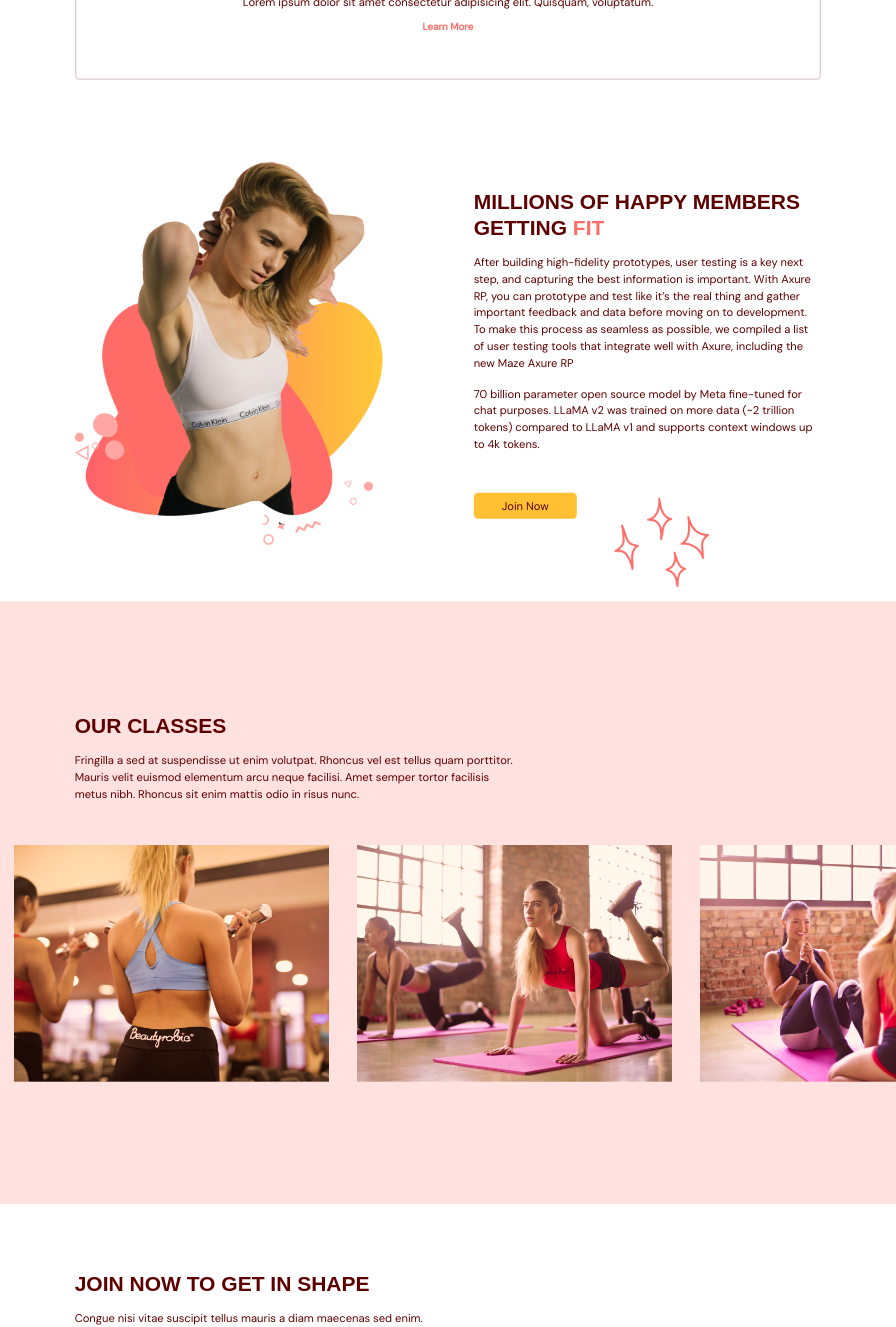
Repository: YUKIKAZE-nanoda/gym-typescript
Page: /
These files come from the project's save history. The page is drawn as it stood at one moment and after a run of saves; the edit follows.
The browser window is 1280 px wide. The pictures show the part of the page from y = 1790 to 3710 px (the page is 3686 px tall before and 3710 px after), at 70% of full size.
The project was rebuilt for these pictures with package versions that can differ from the ones it lists, and the page was loaded fresh each time. Also part of the build but not shown: vite.config.ts.

Above is the page before, as saved 2023-08-03 20:34:10.

### src/App.tsx
import Navbar from "@/scenes/navbar";
import { useEffect, useState } from "react";
import { SelectedPage } from "@/shared/types";
import Home from "@/scenes/home";
import Benefits from "@/scenes/benefits";
import OurClasses from "@/scenes/ourClasses";
import ContactUs from "@/scenes/contactUs";

function App() {
  const [selectedPage, setSelectedPage] = useState<SelectedPage>(
    SelectedPage.Home
  );
  const [isTopOfPage, setIsTopOfPage] = useState<boolean>(true);

  useEffect(() => {
    const handleScroll = () => {
      if (window.scrollY === 0) {
        setIsTopOfPage(true);
        setSelectedPage(SelectedPage.Home);
      }
      if (window.scrollY !== 0) setIsTopOfPage(false);
    };
    window.addEventListener("scroll", handleScroll);
    return () => window.removeEventListener("scroll", handleScroll);
  }, []);

  return (
    <div className="app bg-gray-20">
      <Navbar
        isTopOfPage={isTopOfPage}
        selectedPage={selectedPage}
        setSelectedPage={setSelectedPage}
      />
      <Home setSelectedPage={setSelectedPage} />
      <Benefits setSelectedPage={setSelectedPage} />
      <OurClasses setSelectedPage={setSelectedPage} />
      <ContactUs setSelectedPage={setSelectedPage} />

    </div>
  );
}

export default App;

### src/index.css
@import url('https://fonts.googleapis.com/css2?family=DM+Sans:wight@400;500;700&display=swap');

@tailwind base;
@tailwind components;
@tailwind utilities;

html,
body,
#root,
.app{
  height: 100%;
  width: 100%;
  font-family: "DM Sans", sans-serif;
  @apply text-gray-500;
}

### src/scenes/navbar/index.tsx
import { useState } from "react";

import { Bars3Icon, XMarkIcon } from "@heroicons/react/24/solid";
import Logo from "@/assets/Logo.png";
import Link from "./Link";
import { SelectedPage } from "@/shared/types";
import useMediaQuery from "@/hooks/useMediaQuery";
import ActionButton from "@/shared/ActionButton";
type Props = {
    isTopOfPage: boolean;
    selectedPage: SelectedPage;
    setSelectedPage: (value: SelectedPage) => void;
};

const Navbar = ({ isTopOfPage,selectedPage, setSelectedPage }: Props) => {
    const flexBetween = "flex items-center justify-between";
    const isAboveMediumScreens = useMediaQuery("(min-width:1060px)");
    const [isMenuToggle, setIsMenuToggle] = useState<boolean>(false);
    const navbarBackground = isTopOfPage ? "bg-transparent" : "bg-primary-100 drop of shadow-xl";
    return <nav>
        <div
            className={`${navbarBackground} ${flexBetween} fixed top-0 z-30 w-full py-6`}
        >
            <div className={`${flexBetween} mx-auto w-5/6`}>
                <div className={`${flexBetween} w-full gap-16`}>
                    {/* LEFT SIDE */}
                    <img alt="logo" src={Logo} />

                    {/* RIGHT SIDE */}
                    {isAboveMediumScreens ? (
                        <div className={`${flexBetween} w-full`}>
                            <div className={`${flexBetween} gap-8 text-sm`}>
                                <Link
                                    page="Home"
                                    selectedPage={selectedPage}
                                    setSelectedPage={setSelectedPage}
                                />
                                <Link
                                    page="Benefits"
                                    selectedPage={selectedPage}
                                    setSelectedPage={setSelectedPage}
                                />
                                <Link
                                    page="Our Classes"
                                    selectedPage={selectedPage}
                                    setSelectedPage={setSelectedPage}
                                />
                                <Link
                                    page="Contact Us"
                                    selectedPage={selectedPage}
                                    setSelectedPage={setSelectedPage}
                                />
                            </div>
                            <div className={`${flexBetween} gap-8`}>
                                <p>Sign In</p>
                                <ActionButton setSelectedPage={setSelectedPage}>
                                    Become A Menber
                                </ActionButton>

                            </div>
                        </div>
                    ) : (
                        <button
                            className="rounded-full bg-secondary-500 p-2"
                            onClick={() => setIsMenuToggle(!isMenuToggle)}

                        >
                            <Bars3Icon className="h-6 w-6 text-white" />
                        </button>
                    )}
                </div>
            </div>
        </div>
        {/* mobile menu modal */}
        {!isAboveMediumScreens && isMenuToggle && (
            <div className="fixed right-0 bottom-0 z-40 h-full w-[300px] bg-primary-100 drop-shadow-xl">
                {/* close Icon */}
                <div className="flex justify-end p-4">
                    <button onClick={() => setIsMenuToggle(!isMenuToggle)}>
                        <XMarkIcon className="h-6 w-6 text-gray-400" />

                    </button>
                </div>
                <div className="ml-[33%] flex flex-col gap-10 text-2xl">
                    <Link
                        page="Home"
                        selectedPage={selectedPage}
                        setSelectedPage={setSelectedPage}
                    />
                    <Link
                        page="Benefits"
                        selectedPage={selectedPage}
                        setSelectedPage={setSelectedPage}
                    />
                    <Link
                        page="Our Classes"
                        selectedPage={selectedPage}
                        setSelectedPage={setSelectedPage}
                    />
                    <Link
                        page="Contact Us"
                        selectedPage={selectedPage}
                        setSelectedPage={setSelectedPage}
                    />
                </div>
            </div>
        )}
    </nav>

}

export default Navbar;

### src/shared/types.ts
export enum SelectedPage{
    Home='home',
    Benefits='benefits',
    OurClasses='ourClasses',
    ContactUS='contactUs',
}

export interface BenefitType{
    icon:JSX.Element;
    title:string;
    description:string;
}

export interface ClassType{
    name:string;
    description?:string;
    image:string;
}

### src/scenes/home/index.tsx
import useMediaQuery from "@/hooks/useMediaQuery";
import { SelectedPage } from "@/shared/types";
import ActionButton from "@/shared/ActionButton";
import HomePageText from "@/assets/HomePageText.png";
import HomePageGraphic from "@/assets/HomePageGraphic.png";
import SponsorRedBull from "@/assets/SponsorRedBull.png";
import SponsorForbes from "@/assets/SponsorForbes.png";
import SponsorFortune from "@/assets/SponsorFortune.png";
import AnchorLink from "react-anchor-link-smooth-scroll";
import { motion } from "framer-motion";

type Props = {
  setSelectedPage: (value: SelectedPage) => void;
};

const Home = ({ setSelectedPage }: Props) => {
  const isAboveMediumScreens = useMediaQuery("(min-width:1060px)");

  return (
    <section id="home" className="gap-16 bg-gray-20 py-10 md:h-full md:pb-0">
      {/* IMAGE AND MAIN HEADER */}
      <motion.div
        className="mx-auto w-5/6 items-center justify-center md:flex md:h-5/6"
        onViewportEnter={() => setSelectedPage(SelectedPage.Home)}
      >
        {/* MAIN HEADER */}
        <div className="z-10 mt-32 md:basis-3/5">
          {/* HEADINGS */}
          <motion.div
            className="md:-mt-20"
            initial="hidden"
            whileInView="visible"
            viewport={{ once: true, amount: 0.5 }}
            transition={{ duration: 0.5 }}
            variants={{
              hidden: { opacity: 0, x: -50 },
              visible: { opacity: 1, x: 0 },
            }}
          >
            <div className="relative">
              <div className="before:absolute before:-top-20 before:-left-20 before:z-[-1] md:before:content-evolvetext">
                <img alt="home-page-text" src={HomePageText} />
              </div>
            </div>

            <p className="mt-8 text-sm">
              Unrivaled Gym. Unparalleled Training Fitness Classes. World Class
              Studios to get the Body Shapes That you Dream of.. Get Your Dream
              Body Now.
            </p>
          </motion.div>

          {/* ACTIONS */}
          <motion.div
            className="mt-8 flex items-center gap-8"
            initial="hidden"
            whileInView="visible"
            viewport={{ once: true, amount: 0.5 }}
            transition={{ delay: 0.2, duration: 0.5 }}
            variants={{
              hidden: { opacity: 0, x: -50 },
              visible: { opacity: 1, x: 0 },
            }}
          >
            <ActionButton setSelectedPage={setSelectedPage}>
              Join Now
            </ActionButton>
            <AnchorLink
              className="text-sm font-bold text-primary-500 underline hover:text-secondary-500"

            >
              <p>Learn More</p>
            </AnchorLink>
          </motion.div>
        </div>

        {/* IMAGE */}
        <div
          className="flex basis-3/5 justify-center md:z-10
              md:ml-40 md:mt-16 md:justify-items-end"
        >
          <img alt="home-pageGraphic" src={HomePageGraphic} />
        </div>
      </motion.div>

      {/* SPONSORS */}
      {isAboveMediumScreens && (
        <div className="h-[150px] w-full bg-primary-100 py-10">
          <div className="mx-auto w-5/6">
            <div className="flex w-3/5 items-center justify-between gap-8">
              <img alt="redbull-sponsor" src={SponsorRedBull} />
              <img alt="forbes-sponsor" src={SponsorForbes} />
              <img alt="fortune-sponsor" src={SponsorFortune} />
            </div>
          </div>
        </div>
      )}
    </section>
  );
};

export default Home;

### src/scenes/ourClasses/index.tsx
import { SelectedPage, ClassType } from "@/shared/types";
import image1 from "@/assets/image1.png";
import image2 from "@/assets/image2.png";
import image3 from "@/assets/image3.png";
import image4 from "@/assets/image4.png";
import image5 from "@/assets/image5.png";
import image6 from "@/assets/image6.png";
import { motion } from "framer-motion";
import HText from "@/shared/HText";
import Class from "./Class";

const classes: Array<ClassType> = [
  {
    name: "Weight Training Classes",
    description:
      "Lorem ipsum dolor sit amet, consectetur adipiscing elit, sed do eiusmod tempor incididunt ut labore et dolore magna aliqua. Ut enim ad minim veniam, quis nostrud exercitation ullamco laboris nisi ut aliquip ex ea commodo consequat.",
    image: image1,
  },
  {
    name: "Yoga Classes",
    image: image2,
  },
  {
    name: "Ab Core Classes",
    description:
      "Lorem ipsum dolor sit amet, consectetur adipiscing elit, sed do eiusmod tempor incididunt ut labore et dolore magna aliqua. Ut enim ad minim veniam, quis nostrud exercitation ullamco laboris nisi ut aliquip ex ea commodo consequat.",
    image: image3,
  },
  {
    name: "Adventure Classes",
    description:
      "Lorem ipsum dolor sit amet, consectetur adipiscing elit, sed do eiusmod tempor incididunt ut labore et dolore magna aliqua. Ut enim ad minim veniam, quis nostrud exercitation ullamco laboris nisi ut aliquip ex ea commodo consequat.",
    image: image4,
  },
  {
    name: "Fitness Classes",
    image: image5,
  },
  {
    name: "Training Classes",
    description:
      "Lorem ipsum dolor sit amet, consectetur adipiscing elit, sed do eiusmod tempor incididunt ut labore et dolore magna aliqua. Ut enim ad minim veniam, quis nostrud exercitation ullamco laboris nisi ut aliquip ex ea commodo consequat.",
    image: image6,
  },
];

type Props = {
  setSelectedPage: (value: SelectedPage) => void;
};

const OurClasses = ({ setSelectedPage }: Props) => {
  return (
    <section id="ourclasses" className="w-full bg-primary-100 py-40">
      <motion.div
        onViewportEnter={() => setSelectedPage(SelectedPage.OurClasses)}
      >
        <motion.div
          className="mx-auto w-5/6"
          initial="hidden"
          whileInView="visible"
          viewport={{ once: true, amount: 0.5 }}
          transition={{ duration: 0.5 }}
          variants={{
            hidden: { opacity: 0, x: -50 },
            visible: { opacity: 1, x: 0 },
          }}
        >
          <div className="md:w-3/5">
            <HText>OUR CLASSES</HText>
            <p className="py-5">
              Fringilla a sed at suspendisse ut enim volutpat. Rhoncus vel est
              tellus quam porttitor. Mauris velit euismod elementum arcu neque
              facilisi. Amet semper tortor facilisis metus nibh. Rhoncus sit
              enim mattis odio in risus nunc.
            </p>
          </div>
        </motion.div>
        <div className="mt-10 h-[353px] w-full overflow-x-auto overflow-y-hidden">
          <ul className="w-[2800px] whitespace-nowrap">
            {classes.map((item: ClassType, index) => (
              <Class
                key={`${item.name}-${index}`}
                name={item.name}
                description={item.description}
                image={item.image}
              />
            ))}
          </ul>
        </div>
      </motion.div>
    </section>
  );
};

export default OurClasses;

### src/scenes/contactUs/index.tsx
import { SelectedPage } from '@/shared/types';
import { motion } from 'framer-motion'
import { useForm } from 'react-hook-form'
import ContactUsPageGraphic from '@/assets/ContactUsPageGraphic.png'
import HText from '@/shared/HText';
type Props = {
    setSelectedPage: (value: SelectedPage) => void;
};

const ContactUS = ({ setSelectedPage }: Props) => {
    return (
        <section id="contactus" className='mx-auto w-5/6 pt-24 '>
            <motion.div
                onViewportEnter={() => setSelectedPage(SelectedPage.ContactUS)}
            >
                {/* header */}
                <motion.div className='md:w-3/5'
                    initial="hidden"
                    whileInView="visible"
                    viewport={{ once: true, amount: 0.5 }}
                    transition={{ delay: 0.2, duration: 0.5 }}
                    variants={{
                        hidden: { opacity: 0, x: -50 },
                        visible: { opacity: 1, x: 0 }
                    }}
                >
                    <HText>
                        <span className='text-promary-500'>JOIN NOW</span> TO GET IN SHAPE
                    </HText>
                    <p className='my-5'>
                        Congue nisi vitae suscipit tellus mauris a diam maecenas sed enim.
                    </p>

                </motion.div>

            </motion.div>

        </section>
    )
}

export default ContactUS

### src/scenes/navbar/Link.tsx

import { SelectedPage } from "@/shared/types";
import AnchorLink from "react-anchor-link-smooth-scroll";

type Props = {
  page: string;
  selectedPage: SelectedPage;
  setSelectedPage: (value: SelectedPage) => void;
};

const Link = ({ page, selectedPage, setSelectedPage }: Props) => {
  const lowerCasePage = page.toLowerCase().replace(/ /g, "") as SelectedPage;

  return (
    <AnchorLink
      className={`${selectedPage === lowerCasePage ? "text-primary-500" : ""}
        transition duration-500 hover:text-primary-300
      `}
      href={`#${lowerCasePage}`}
      onClick={() => setSelectedPage(lowerCasePage)}
    >
      {page}
    </AnchorLink>
  );
};

export default Link;

### src/shared/ActionButton.tsx
import AnchorLink from "react-anchor-link-smooth-scroll"
import { SelectedPage } from "./types"

type Props = {
    children: React.ReactNode
    setSelectedPage: (value: SelectedPage) => void
}

const ActionButton = ({ children, setSelectedPage }: Props) => {
    return (
        <AnchorLink className="rounded-md bg-secondary-500 px-10 py-2 hover:bg-primary-500 hover:text-white"
            onClick={() => setSelectedPage(SelectedPage.ContactUS)}
            href={`#${SelectedPage.ContactUS}`}
        >
            {children}
        </AnchorLink>
    )
}

export default ActionButton

### src/scenes/benefits/Benefit.tsx
import React from 'react';
import AnchorLink from 'react-anchor-link-smooth-scroll';
import { SelectedPage } from '@/shared/types'
import { motion } from 'framer-motion';
type Props = {
    icon: JSX.Element,
    title: string,
    description: string,
    setSelectedPage: (value: SelectedPage) => void;

}

const childVariant = {
    hidden:{opacity:0,scale:0.9},
    visible:{opacity:1,scale:1}
}

const Benefit = ({ icon, title, description, setSelectedPage }: Props) => {
    return (
        <motion.div
        className='mt-5 rounded-md border-2 border-gray-100 px-5 py-16 text-center'
        variants={childVariant}

        >
            <div className='mb-4 flex justify-center'>
                <div className='rounded-full border-2 border-gray-100 bg-primary-100 p-4'>
                    {icon}
                </div>
            </div>
            <h4 className='font-bold'>{title}</h4>
            <p className='my-3'>{description}</p>
            <AnchorLink
                className='text-sm font-bold text-primary-500 hover:text-primary-300'
                onClick={() => setSelectedPage(SelectedPage.OurClasses)}
                href={`#${SelectedPage.ContactUS}`}
            >

                <p>Learn More</p>

            </AnchorLink>

        </motion.div>
    )
}

export default Benefit

### src/scenes/ourClasses/Class.tsx
type Props = {
    name: string;
    description?: string;
    image: string;
  };

  const Class = ({ name, description, image }: Props) => {
    const overlayStyles = `p-5 absolute z-30 flex
    h-[380px] w-[450px] flex-col items-center justify-center
    whitespace-normal bg-primary-500 text-center text-white
    opacity-0 transition duration-500 hover:opacity-90`;

    return (
      <li className="relative mx-5 inline-block h-[380px] w-[450px]">
        <div className={overlayStyles}>
          <p className="text-2xl">{name}</p>
          <p className="mt-5">{description}</p>
        </div>
        <img alt={`${image}`} src={image} />
      </li>
    );
  };

  export default Class;

Loaded but not shown: index.html (common file); src/main.tsx (common file); src/hooks/useMediaQuery.tsx (common file); src/shared/HText.tsx (common file); tailwind.config.js (42 lines, source omitted); src/scenes/benefits/index.tsx (151 lines, source omitted)

After the next 4 saves:
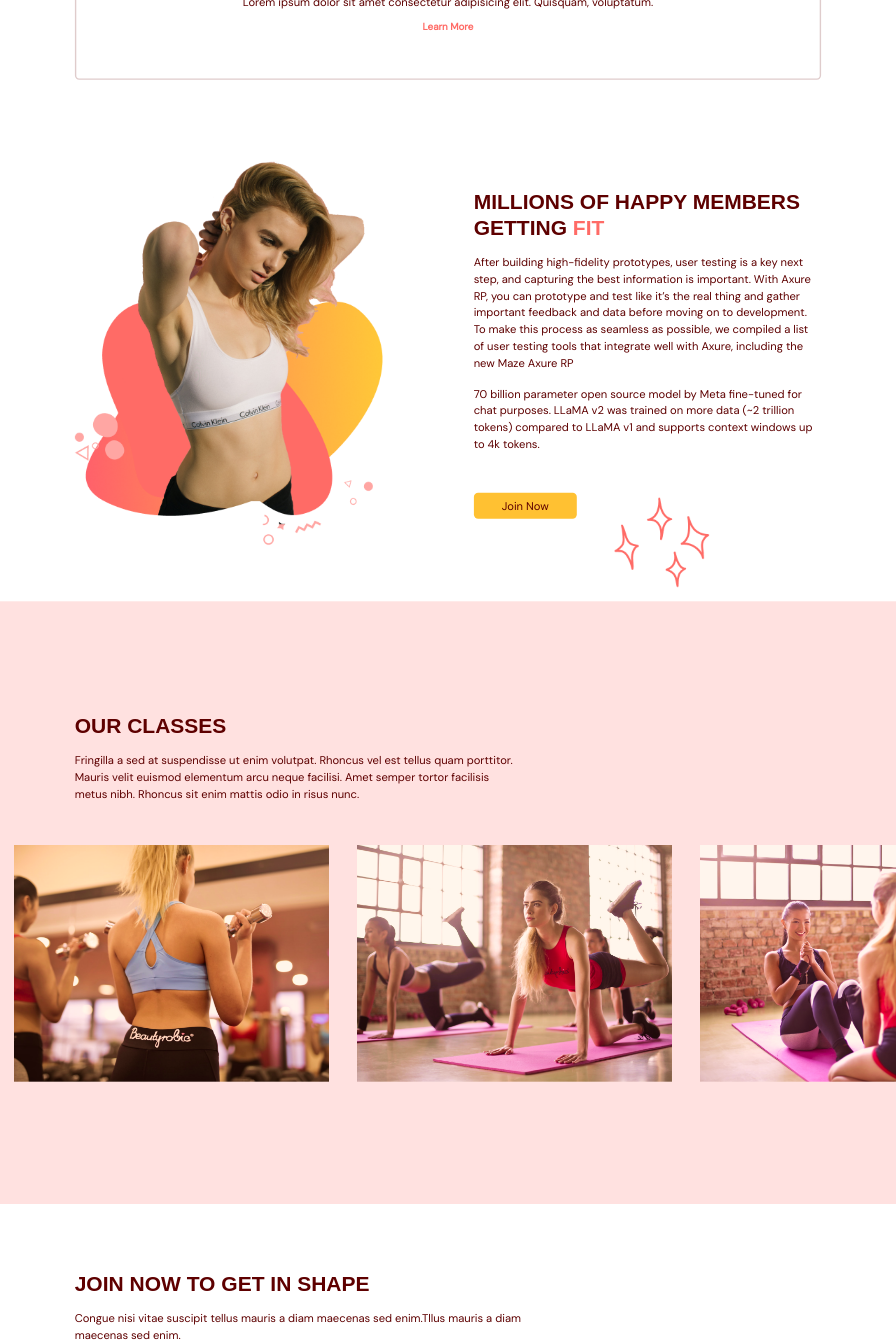
The 4 saves are shown as one change because they came seconds apart.
The last was saved 12 s later.
--- a/src/scenes/contactUs/index.tsx
+++ b/src/scenes/contactUs/index.tsx
@@ -28,7 +28,7 @@
                         <span className='text-promary-500'>JOIN NOW</span> TO GET IN SHAPE
                     </HText>
                     <p className='my-5'>
-                        Congue nisi vitae suscipit tellus mauris a diam maecenas sed enim.
+                        Congue nisi vitae suscipit tellus mauris a diam maecenas sed enim.Tllus mauris a diam maecenas sed enim.
                     </p>
 
                 </motion.div>
